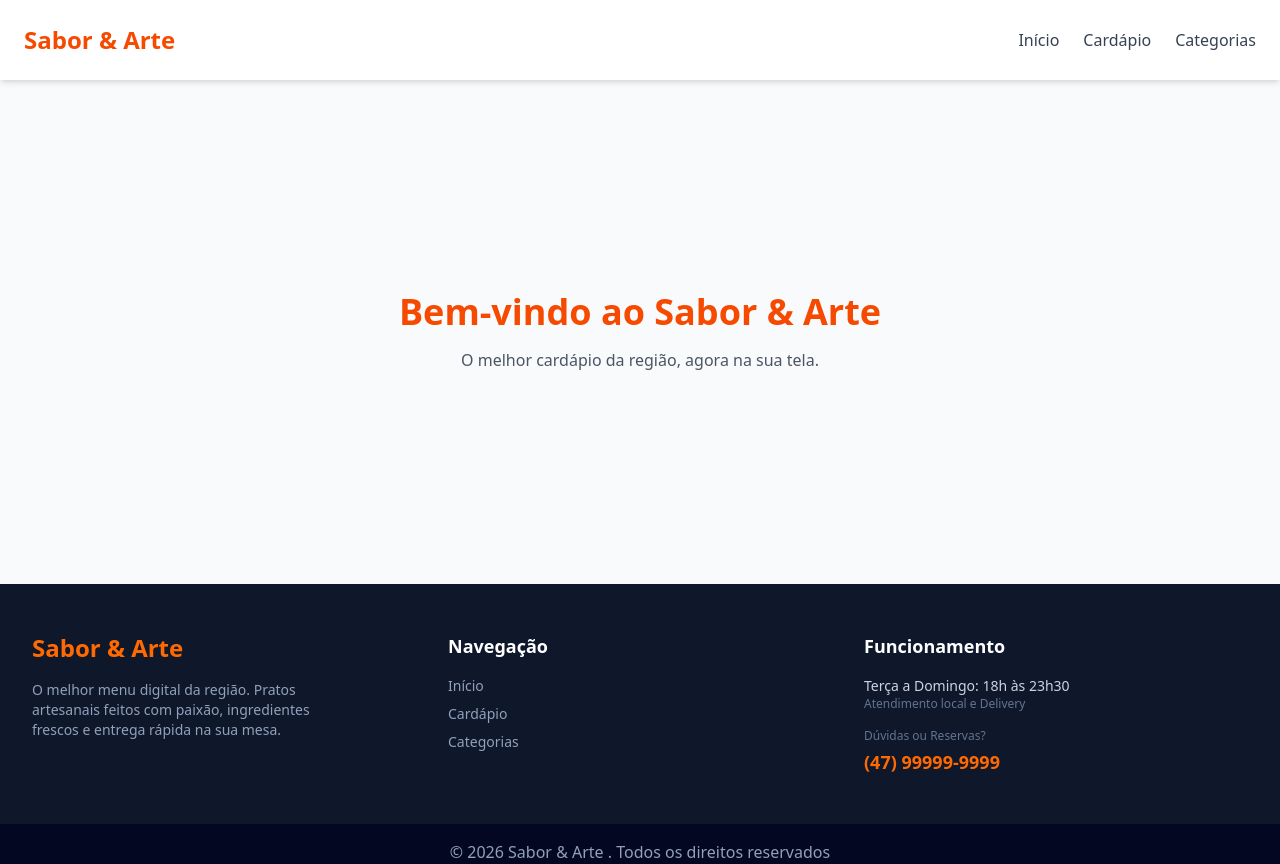
Repository: LuigiBLombardo/Next---Atividade
Page: / (app in sistema-cardapio/)
An editor plug-in stored every save of this project. The page is shown before and after the next save, followed by the edit.
The browser window is 1280 px wide. The pictures show the whole page.
The project was rebuilt for these pictures with package versions that can differ from the ones it lists, and the page was loaded fresh each time. The framework's server and built-in components were replaced by stand-ins that run in the browser. Also part of the build but not shown: sistema-cardapio/next.config.mjs.

Above is the page before, as saved 2026-09-04 20:48:12.

### sistema-cardapio/src/app/layout.js
import { Inter, Montserrat } from "next/font/google";
import "./globals.css";
import Navbar from "@/components/Navbar";
import Footer from "@/components/Footer";

const inter = Inter({ subsets: ["latin"], variable: "--font-inter" });

const montserrat = Montserrat({ subsets: ["latin"], variable: "--font-montserrat" });

export default function RootLayout({ children }) {
    return (
        <html lang="pt-br" className={`${inter.variable} ${montserrat.variable}`}>
            <body className="font-sans bg-gray-50 antialiased">
                <Navbar />
                {children}
                <Footer/>
            </body>
        </html>
);
}

### sistema-cardapio/src/app/page.js
import Image from "next/image";

export default function Home() {
  return (
    <main className="flex flex-col items-center justify-center min-h-[70vh]">
        <h1 className="text-4xl font-bold text-orange-600">Bem-vindo ao Sabor & Arte</h1>
        <p className="mt-4 text-gray-600">O melhor cardápio da região, agora na sua tela.</p>
    </main>
  );
}

### sistema-cardapio/src/components/Navbar.js
import Link from 'next/link';

export default function Navbar() {
    return (
        <nav className="flex items-center justify-between p-6 bg-white shadow-md">
            <h2 className="text-2xl font-bold text-orange-600">Sabor & Arte</h2>
            <div className="flex gap-6">
                <Link href="/" className="text-gray-700 hover:text-orange-600 font-medium">Início</Link>
                <Link href="/cardapio" className="text-gray-700 hover:text-orange-600 font-medium">Cardápio</Link>
                <Link href="/categorias" className="text-gray-700 hover:text-orange-600
font-medium">Categorias</Link>
            </div>
        </nav>
);
}

### sistema-cardapio/src/components/Footer.js
import Link from "next/link";

export default function Footer(){
    return (
            <footer className="w-full bg-slate-900 text-slate-400 pt-12">

                <div className="max-w-7xl mx-auto px-8 pb-12 grid grid-cols-1 md:grid-cols-3 gap-8 ">

                    <div>
                        <h2 className="text-2xl font-bold text-orange-500 mb-4">
                            Sabor & Arte
                        </h2>
                        <p className="text-sm max-w-xs text-slate-400">
                            O melhor menu digital da região. Pratos artesanais feitos com
                            paixão, ingredientes frescos e entrega rápida na sua mesa.
                        </p>
                    </div>

                    <div>
                        <h3 className="text-lg font-bold text-white mb-4">
                            Navegação
                        </h3>
                        <div className="flex flex-col gap-2 text-sm">

                            <Link href="/" className="hover:text-white transition">Início</Link>
                            <Link href="/cardapio" className="hover:text-white transition">Cardápio</Link>
                            <Link href="/categorias" className="hover:text-white transition">Categorias</Link>

                        </div>
                    </div>

                    <div>
                        <h3 className="text-lg font-bold text-white mb-4">
                            Funcionamento
                        </h3>
                        <p className="text-sm text-slate-300">
                            Terça a Domingo: 18h às 23h30
                        </p>
                        <p className="text-xs text-slate-500 mb-4">
                            Atendimento local e Delivery
                        </p>

                        <span className="block text-xs text-slate-500 mb-1">
                            Dúvidas ou Reservas?
                        </span>
                        <a className="text-lg font-bold text-orange-500 inline-block">
                            (47) 99999-9999
                        </a>
                    </div>
                </div>

                <div className="flex bg-[#030721] p-4 h-10 justify-center">
                    <p>
                        © 2026 Sabor & Arte . Todos os direitos reservados
                    </p>
                </div>

            </footer>
    )
}

Loaded but not shown: sistema-cardapio/src/app/globals.css (common file)

After the next save:
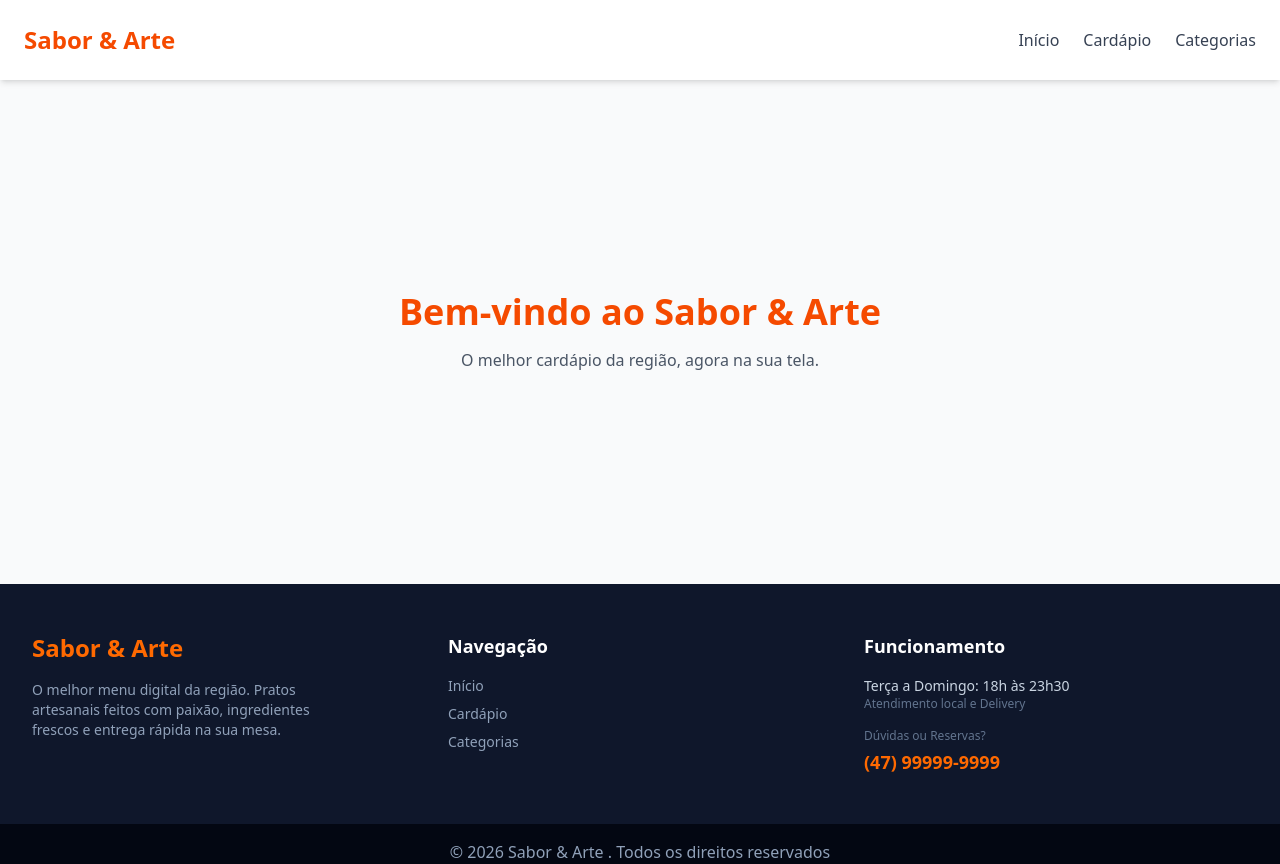
Saved 10 s later.
--- a/sistema-cardapio/src/components/Footer.js
+++ b/sistema-cardapio/src/components/Footer.js
@@ -49,7 +49,7 @@ export default function Footer(){
                     </div>
                 </div>
 
-                <div className="flex bg-[#030721] p-4 h-10 justify-center">
+                <div className="flex bg-[#030712] p-4 h-10 justify-center">
                     <p>
                         © 2026 Sabor & Arte . Todos os direitos reservados
                     </p>
